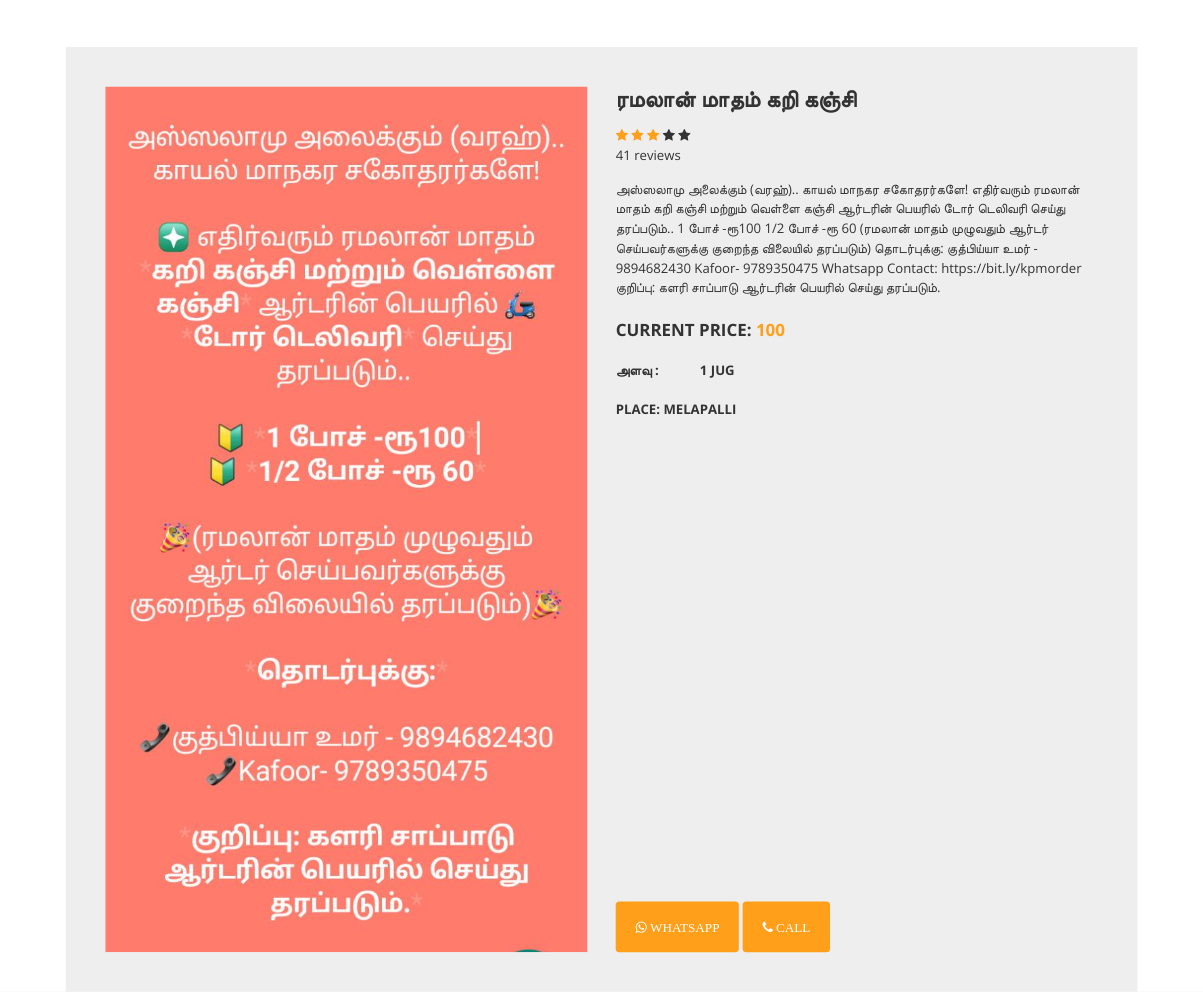
Repository: rsusolutions/RSU-Website
Page: App/files/1.html
An editor plug-in stored every save of this project. The page is shown before and after the next save, followed by the edit.
The browser window is 1280 px wide. The pictures show the whole page, at 94% of full size.
Some web libraries are served in a nearby version.

Above is the page before, as saved 2020-04-21 23:16:19.
Console error (its wording comes from the project's code and is left out).

After the next save:
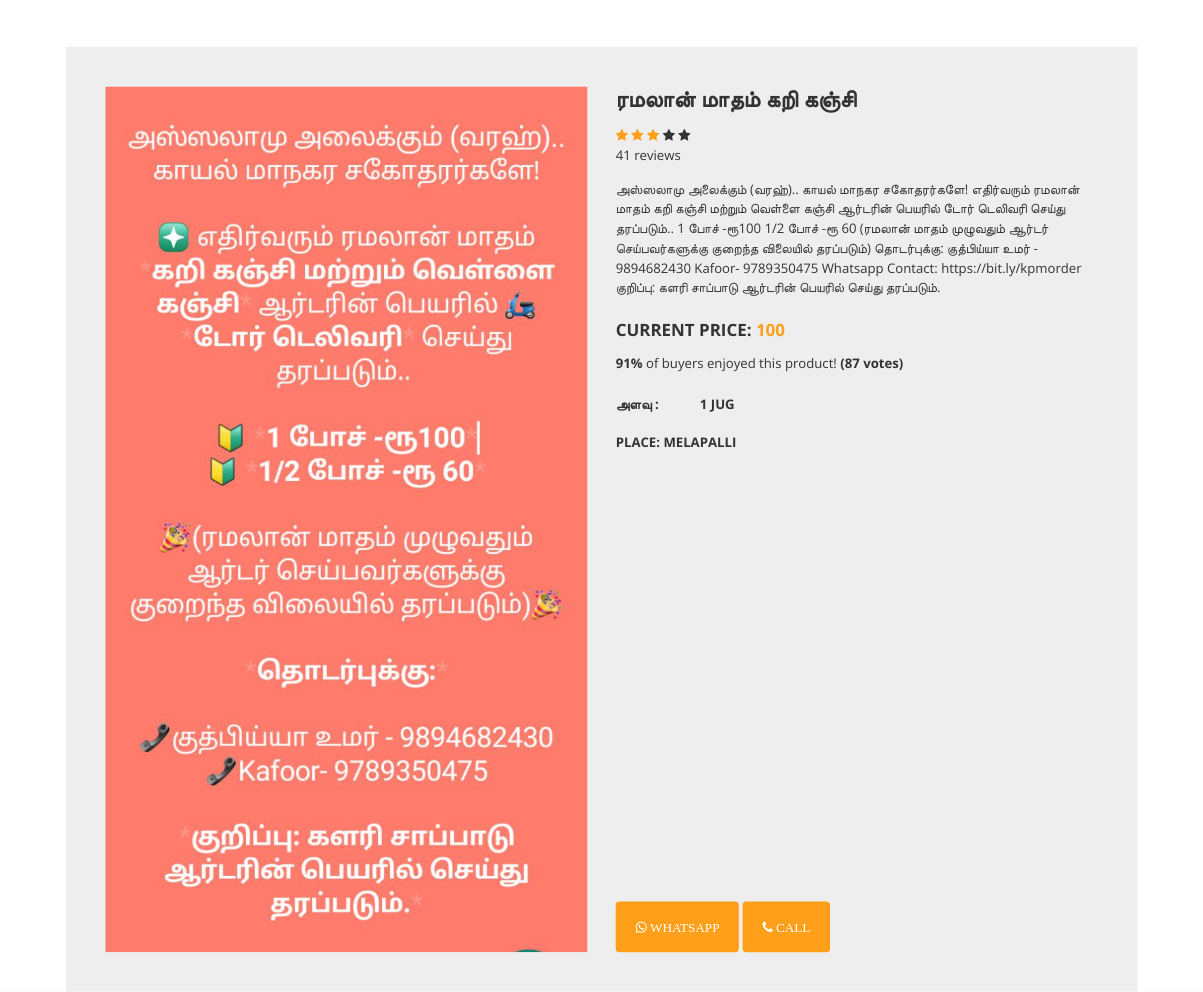
Saved 10 s later.
--- a/App/files/1.html
+++ b/App/files/1.html
@@ -65,7 +65,7 @@
 
 							குறிப்பு: களரி சாப்பாடு ஆர்டரின் பெயரில் செய்து தரப்படும்.</p>
 						<h4 class="price">current price: <span>100</span></h4>
-
+						<p class="vote"><strong>91%</strong> of buyers enjoyed this product! <strong>(87 votes)</strong></p>
 						<h5 class="sizes">அளவு :
 							<span class="size" data-toggle="tooltip" title="small">1 jug</span>
 
